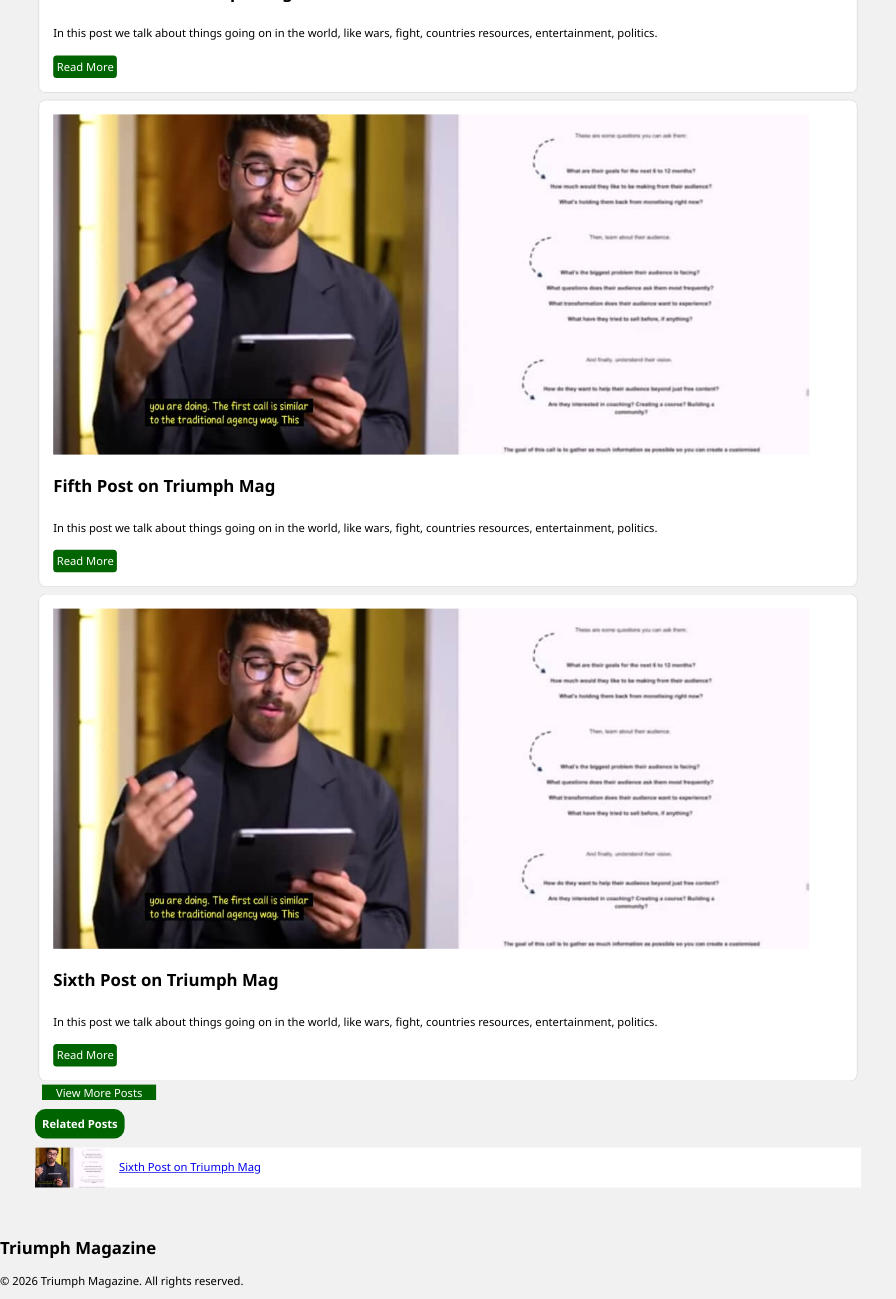
Repository: zikcolle/Triumph-Blog
Page: index.html
An editor plug-in stored every save of this project. The page is shown before and after a run of saves, followed by the edit.
The browser window is 1280 px wide. The pictures show the part of the page from y = 3599 to 5519 px (the page is 5455 px tall before and 5519 px after), at 70% of full size.

Above is the page before, as saved 2026-06-22 10:06:55.

### index.html
<!DOCTYPE html>
<html lang="en">

<head>
    <meta charset="UTF-8">
    <meta name="viewport" content="width=device-width, initial-scale=1.0">
    <title>Triumph Magazine</title>
    <link rel="stylesheet" href="styles.css">
</head>

<body>
    <header>
        <nav>
            <div class="logo">Triumph Magazine</div>
            <div class="hamburger" onclick="toggleMenu()">
                <svg width="30" height="30">
                    <line x1="3" y1="5" x2="27" y2="5" stroke="black" stroke-width="3" />
                    <line x1="3" y1="15" x2="27" y2="15" stroke="black" stroke-width="3" />
                    <line x1="3" y1="25" x2="27" y2="25" stroke="black" stroke-width="3" />
                </svg>


            </div>
            <ul id="nav-links">
                <li><a href="#">Home</a></li>
                <li><a href="/about-us">About</a></li>
                <li><a href="/contact-us">Contact</a></li>
            </ul>
        </nav>
    </header>


    <main>
        <section>
            <div>
                <h2 class="label-post">Trending Post 🔥</h2>
            </div>
            <div class="feat-post">
                <img src="simage\postiman.jpeg">
                <h1>How to make mony online as a beginner</h1>
                <p>In this post you would learn how to make money as a beginner as we delve into 20 ways you can earn
                    using your phone and the internet. These methods have been proven by millions of people in the
                    digital space and its best for you to know about it.</p>
                <a href="#" class="read-more">Read More</a>
            </div>
        </section>

        <section>
            <div>
                <h2 class="label-post" id="post-label">Recent Post</h2>
            </div>

            <div class="post-grid">
                <div class="blog-post">
                    <img src="simage\postiman.jpeg">
                    <h1>First Post on Triumph Mag</h1>
                    <p>In this post we talk about things going on in the world, like wars, fight, countries resources,
                        entertainment, politics.</p>
                    <a href="#" class="read-more">Read More</a>
                </div>

                <div class="blog-post">
                    <img src="simage\postiman.jpeg">
                    <h1>Second Post on Triumph Mag</h1>
                    <p>In this post we talk about things going on in the world, like wars, fight, countries resources,
                        entertainment, politics.</p>
                    <a href="#" class="read-more">Read More</a>
                </div>

                <div class="blog-post">
                    <img src="simage\postiman.jpeg">
                    <h1>Third Post on Triumph Mag</h1>
                    <p>In this post we talk about things going on in the world, like wars, fight, countries resources,
                        entertainment, politics.</p>
                    <a href="#" class="read-more">Read More</a>
                </div>

                <div class="blog-post">
                    <img src="simage\postiman.jpeg">
                    <h1>Fourth Post on Triumph Mag</h1>
                    <p>In this post we talk about things going on in the world, like wars, fight, countries resources,
                        entertainment, politics.</p>
                    <a href="#" class="read-more">Read More</a>
                </div>

                <div class="blog-post">
                    <img src="simage\postiman.jpeg">
                    <h1>Fifth Post on Triumph Mag</h1>
                    <p>In this post we talk about things going on in the world, like wars, fight, countries resources,
                        entertainment, politics.</p>
                    <a href="#" class="read-more">Read More</a>
                </div>

                <div class="blog-post">
                    <img src="simage\postiman.jpeg">
                    <h1>Sixth Post on Triumph Mag</h1>
                    <p>In this post we talk about things going on in the world, like wars, fight, countries resources,
                        entertainment, politics.</p>
                    <a href="#" class="read-more">Read More</a>
                </div>

            </div>
        </section>
        <a href="/blog" class="view-more">View More Posts</a>
        <section>
            <h2 class="label-post">Related Posts</h2>
            <div class="rel-post">
                <img src="simage\postiman.jpeg">
                <p><a href="/blog">Sixth Post on Triumph Mag</a></p>
            </div>
        </section>
    </main>

    <footer>
        <h2>Triumph Magazine</h2>
        <p>© 2026 Triumph Magazine. All rights reserved.</p>
    </footer>

</body>

</html>

<script>
    function toggleMenu() {
        document.getElementById('nav-links').classList.toggle('active');
    }
</script>

### styles.css
body {
    background-color: rgb(241, 241, 241);
    color: rgb(0, 0, 0);
    font-family:'Segoe UI', Tahoma, Geneva, Verdana, sans-serif;
    padding: 0;
    margin: 0;

}

header {
    background-color: rgba(255,255,255,0.92);
    padding: 10px 20px;
    border-bottom: 1px solid rgba(0, 0, 0, 0.108);
    backdrop-filter: blur(20px) saturate(180%);
    -webkit-backdrop-filter: blur(20px) saturate(180%);
    box-shadow: 0 1px 0 rgba(0,0,0,0.04), 0 2px 16px rgba(0,0,0,0.04);
    color: rgb(0, 101, 0);
    width: 100%;
    box-sizing: border-box;
}

nav {
    display: flex;
    justify-content: space-between;
    align-items: center;
}

nav ul {
    list-style: none;
    display: flex;
    gap: 20px;
    margin: 0;
    padding: 0;
}

nav ul li a {
    text-decoration: none;
    color: rgb(0, 0, 0);
}

nav a:hover {
    color: rgb(0, 101, 0);
    text-decoration: underline;
}

.hamburger {
    display: none;
    font-size: 24px;
}

@media (max-width: 768px) {
    nav ul {
        display: none;
        flex-direction: column;
        position: absolute;
        top: 60px;
        right: 0;
        background: rgb(255, 255, 255);
        width: 100%;
        text-align: center;
        padding: 20px;
        box-shadow: 0 2px 5px rgba(0, 0, 0, 0.1);
        z-index: 1000;
    }

    nav ul.active {
        display: flex !important;
    }

    nav ul li {
        margin: 10px 0;
    }

    .hamburger {
        display: block;
        cursor: pointer;
    }
}

main {
    padding: 50px;
}

img, svg, video, canvas, iframe {
  max-width: 100%;
  height: auto;
  display: block;
}

.label-post {
    background-color: rgb(0, 101, 0);
    color: rgb(255, 255, 255);
    max-width: fit-content;
    padding: 10px;
    border-radius: 15px;
    font-size: 1rem;
}

.feat-post {
    background-color: rgb(255, 255, 255);
    border: 1px solid rgba(0, 0, 0, 0.129);
    max-width: 100%;
    height: auto;
    align-items: center;
    display: block;
    border-radius: 10px;
    backdrop-filter: blur(20px) saturate(180%);
    -webkit-backdrop-filter: blur(20px) saturate(180%);
    box-shadow: 0 1px 0 rgba(0,0,0,0.04), 0 2px 16px rgba(0,0,0,0.04);
    padding: 20px;
    image-rendering: auto;
    justify-content: center;
}

.read-more {
    background-color: rgb(0, 101, 0);
    color: rgb(255, 255, 255);
    text-decoration: none;
    max-width: fit-content;
    padding: 5px;
    border-radius: 5px;
}

.post-grid {
    display: grid;
    grid-template-columns: repeat(auto-fit, minmax(600px, 1fr));
}

.blog-post {
    background-color: rgb(255, 255, 255);
    border: 1px solid rgba(0, 0, 0, 0.129);
    border-radius: 10px;
    padding: 20px;
    margin: 5px;
    line-height: 2;
}

.view-more {
    background-color: rgb(0, 101, 0);
    color: rgb(255, 255, 255);
    text-decoration: none;
    padding: 20px;
    margin: 10px;
    padding-top: 0;
    padding-bottom: 0;
}

.rel-post {
   display: flex;
   align-items: center;
   gap: 20px;
   background-color: rgb(255, 255, 255);
   width: auto;
   height: auto;
   max
}

.rel-post img {
    width: 100px;
    aspect-ratio: 16 / 9;
    object-fit: cover;
}

After the next 2 saves:
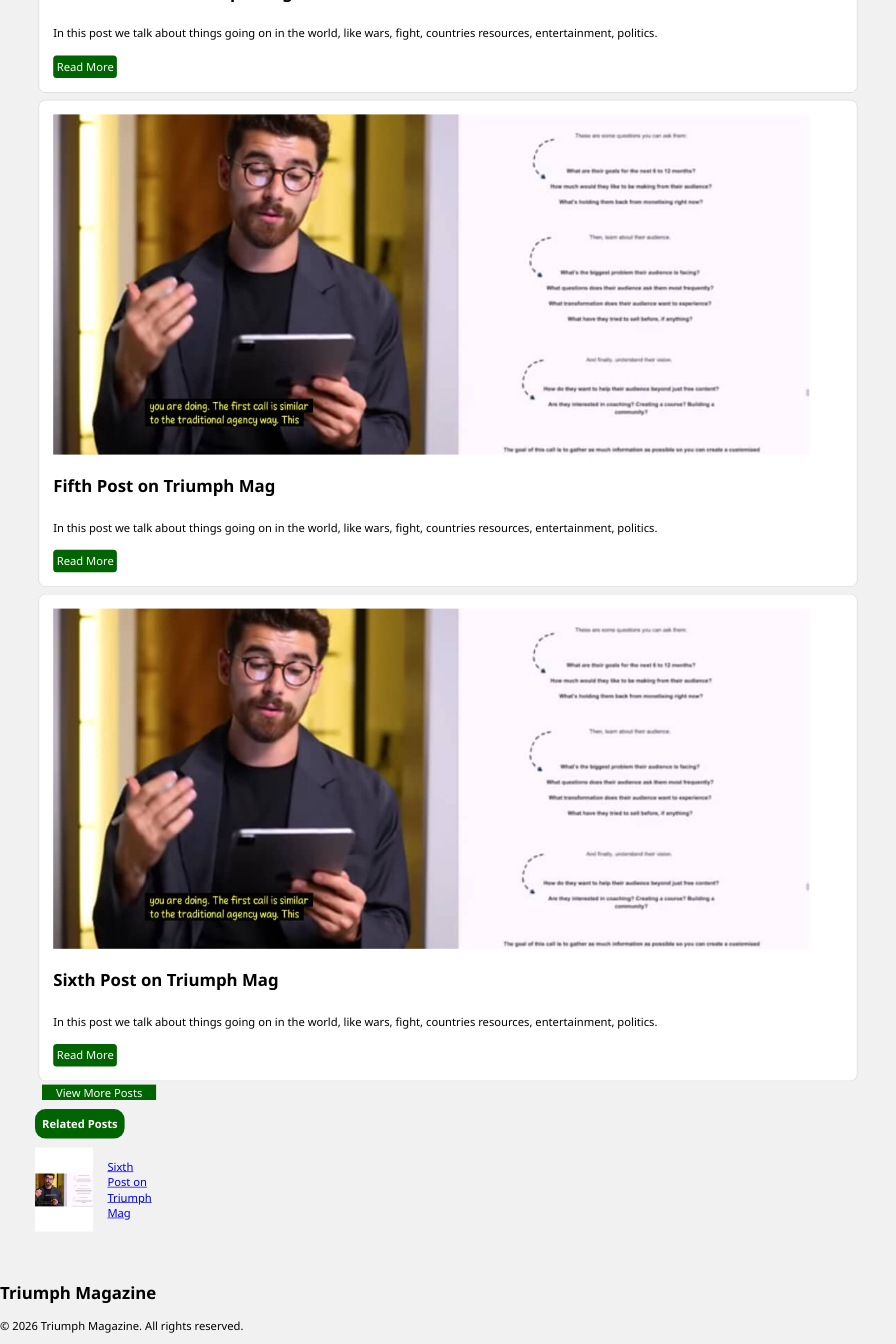
The 2 saves are shown as one change because they came seconds apart.
The last was saved 8 s later.
--- a/styles.css
+++ b/styles.css
@@ -152,7 +152,7 @@ img, svg, video, canvas, iframe {
    background-color: rgb(255, 255, 255);
    width: auto;
    height: auto;
-   max
+   max-width: min-content;
 }
 
 .rel-post img {
